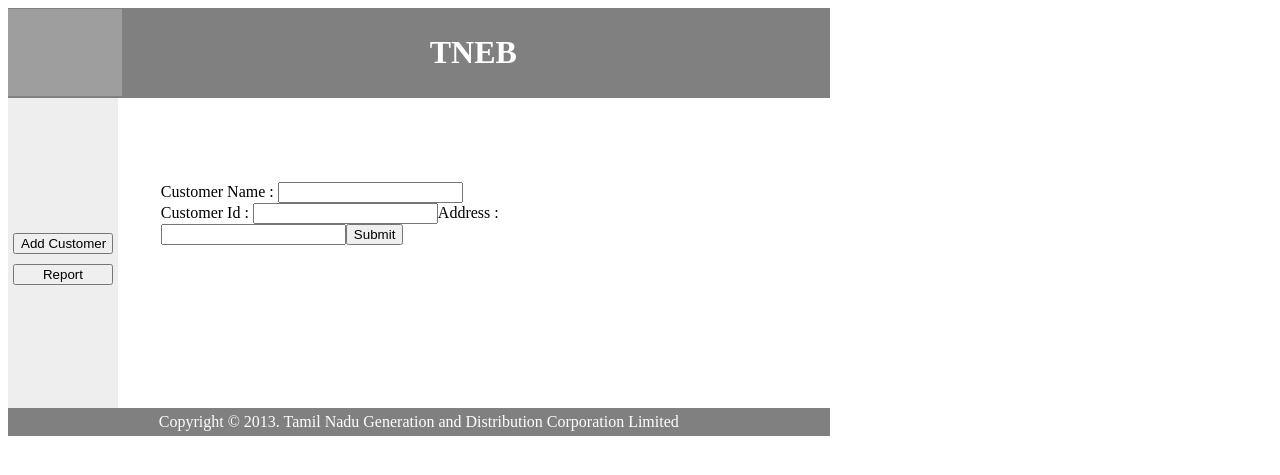
Repository: vjbrocode/Hackathon
Page: http://localhost/TNEB_billing/BillReport.jsp
The author's editor kept a copy of each file at every save. The page is drawn from the files as they stood at one save, then again after the next save.
The browser window is 1280 px wide. The pictures show the whole page.
Empty fields were first filled with sample values (such as "Sample", 5 or name@example.com).
After loading, the first visible `input` was clicked once.
Pictures or frames that could not be fetched are drawn as grey boxes. Some web libraries are served in a nearby version. The page is served by Tomcat 9. Other server files are loaded and not shown.

Above is the page before, as saved 2015-07-03 08:50:11.

### workspace-Pradeep/TNEB billing/WebContent/BillReport.jsp
<%@ page language="java" contentType="text/html; charset=ISO-8859-1"
   pageEncoding="ISO-8859-1"%>
<!DOCTYPE html PUBLIC "-//W3C//DTD HTML 4.01 Transitional//EN" "http://www.w3.org/TR/html4/loose.dtd">
<html>
   <head>
      <meta http-equiv="Content-Type" content="text/html; charset=ISO-8859-1">
      <title>TNEB</title>
      <style>
	     #container{
			width:65%;
		 }
         #header {
         background-color:grey;
         color:white;
         text-align:center;
         padding:5px;
         }
         #nav {
         line-height:30px;
         background-color:#eeeeee;
         height:300px;
         width:100px;
         float:left;
         padding:5px;
         }
         #section {
         width:350px;
         float:left;
         padding:10px;
		  margin-top: 9%;
		  margin-left: 4%;
         }
         #footer {
         background-color:grey;
         color:white;
         clear:both;
         text-align:center;
         padding:5px;
         }
      </style>
   </head>
   <script src="https://ajax.googleapis.com/ajax/libs/jquery/1.11.3/jquery.min.js"></script>
   <script>
   function myfunction(){
	    var divHtml = 'Customer Name : <input type="text" name="custName">';
	        divHtml = divHtml+ 'Customer Id : <input type="text" name="newCustId">'
			divHtml = divHtml+ 'Address : <input type="text" name="address">';
			divHtml = divHtml+ '<input type="submit" name="insertCust">';
	     $('#section').html(divHtml);
	   }
   function myReportfun(){
	   var divhtml = 'Search Customer : <input type="text" value=""  name="report" />';
			   divhtml = divhtml+'<input type="submit" value="Submit" />';
				divhtml = divhtml+'<input type="submit" value="Generate All Reports" name="report" style="margin-top: 11%; margin-left: 30%;" />';
		$('#section').html(divhtml);
   }
   </script>
   <body>
      <form action="serv/bill" method="post">
	  <div id="container">
         <div id="header">
			<img src="C:\Users\Administrator\Desktop\tneblogo.jpg" style="width: 114px; height: 87px; margin-top: -4px; margin-left: -5px; float: left;"/>
            <h1>TNEB</h1>
         </div>
         <div id="nav">
            <input type="button" value="Add Customer" onclick="myfunction();" style="width:100%;margin-top: 130%;">
            <input type="button" value="Report" onclick="myReportfun();" style="width:100%; margin-top: 10%;">
         </div>
         <div id="section">
             Search Customer : <input type="text" value=""  name="custId" />
 	         <input type="submit" value="Submit" />
  	         <input type="submit" value="Generate All Reports" name="report" style="margin-top: 11%; margin-left: 30%;" />
         </div>
         <div id="footer">
           Copyright © 2013.  Tamil Nadu Generation and Distribution Corporation Limited
         </div>
		</div>
      </form>
   </body>
</html>

After the next save:
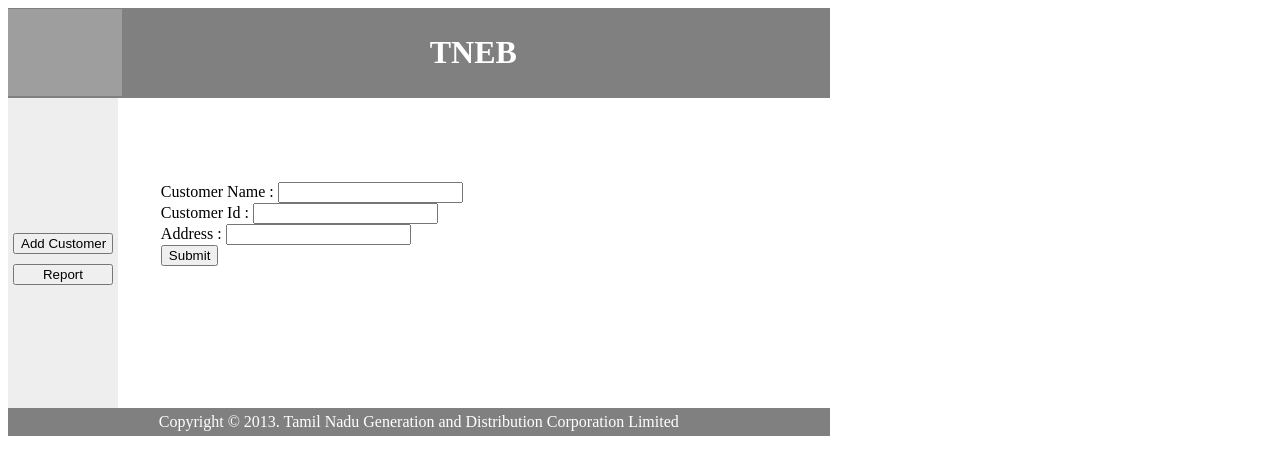
Saved 90 s later.
--- a/workspace-Pradeep/TNEB billing/WebContent/BillReport.jsp
+++ b/workspace-Pradeep/TNEB billing/WebContent/BillReport.jsp
@@ -42,9 +42,9 @@
    <script src="https://ajax.googleapis.com/ajax/libs/jquery/1.11.3/jquery.min.js"></script>
    <script>
    function myfunction(){
-	    var divHtml = 'Customer Name : <input type="text" name="custName">';
-	        divHtml = divHtml+ 'Customer Id : <input type="text" name="newCustId">'
-			divHtml = divHtml+ 'Address : <input type="text" name="address">';
+	    var divHtml = '<div>Customer Name : <input type="text" name="custName"></div>';
+	        divHtml = divHtml+ '<div>Customer Id : <input type="text" name="newCustId"></div>';
+			divHtml = divHtml+ '<div>Address : <input type="text" name="address"></div>';
 			divHtml = divHtml+ '<input type="submit" name="insertCust">';
 	     $('#section').html(divHtml);
 	   }
